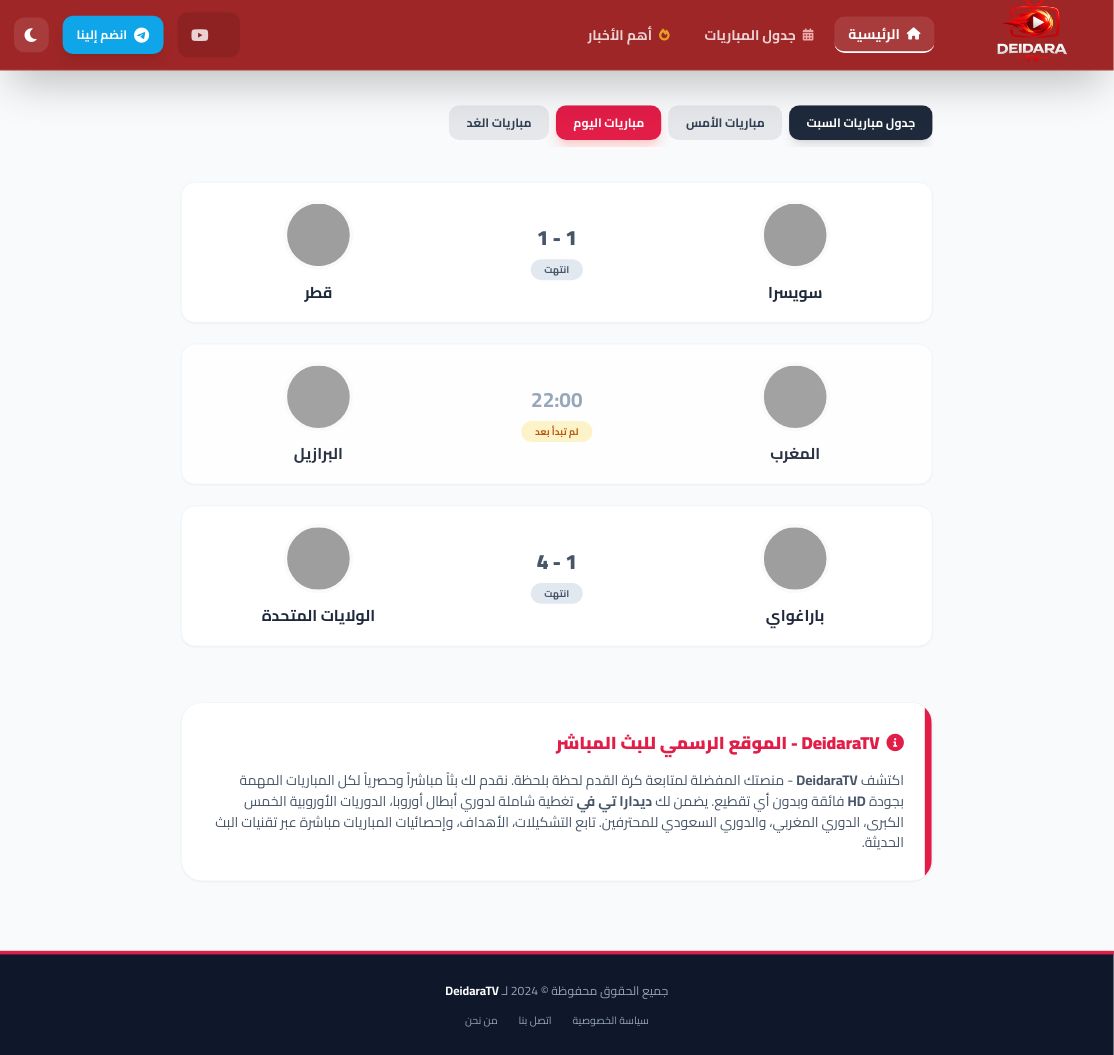
Repository: zakariax05/deidaraTV
Page: index.html
The author's editor kept a copy of each file at every save. The page is drawn from the files as they stood at one save, then again after the next save.
The browser window is 1280 px wide. The pictures show the whole page, at 87% of full size.
Pictures or frames that could not be fetched are drawn as grey boxes. Some web libraries are served in a nearby version.

Above is the page before, as saved 2026-06-14 02:38:17.

After the next save:
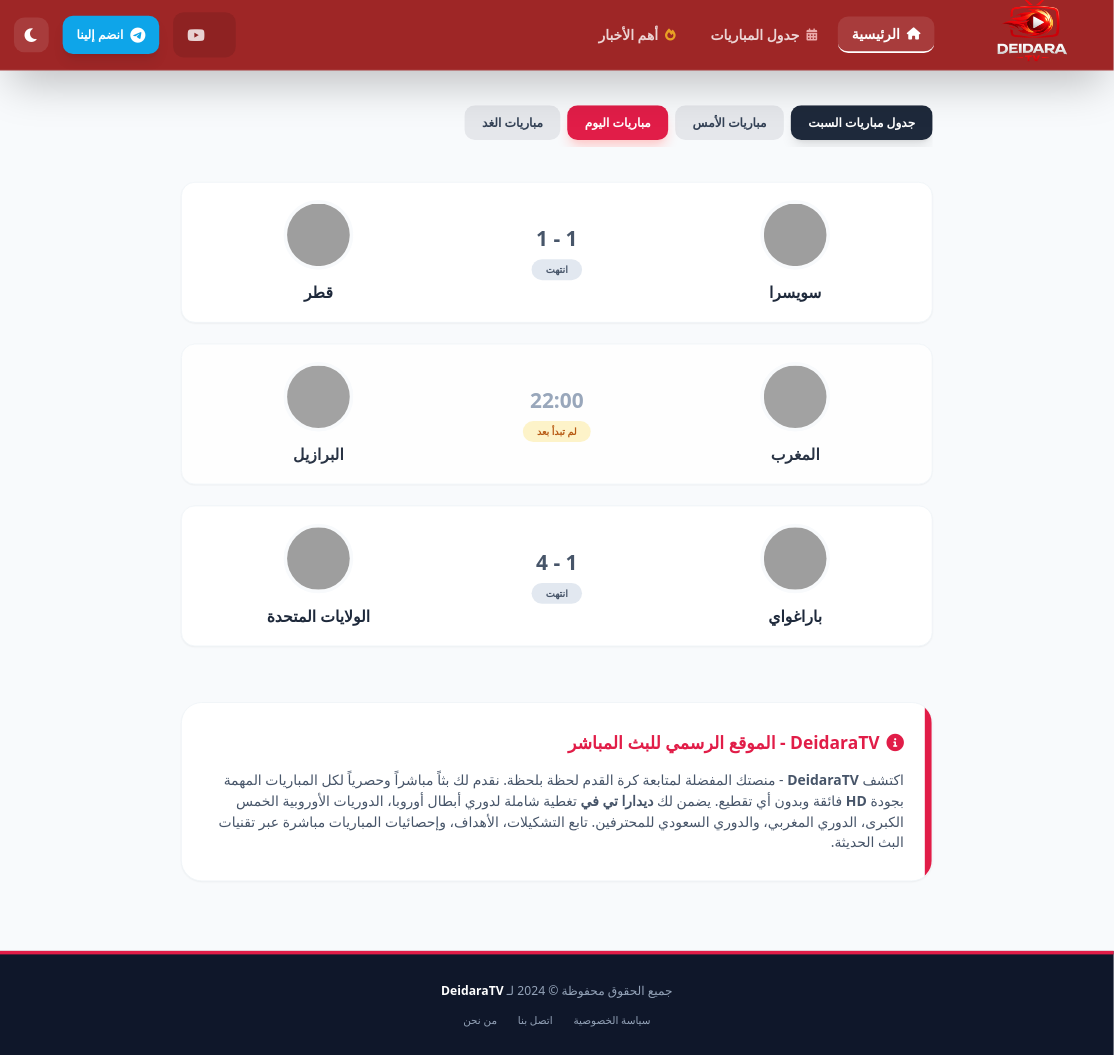
Saved 2 min 12 s later.
--- a/index.html
+++ b/index.html
@@ -11,7 +11,7 @@
     @import url('https://fonts.googleapis.com/css2?family=Cairo:wght@400;600;700;900&display=swap');
 
     body {
-      font-family: 'Cairo', sans-serif;
+
       background-color: #f8fafc;
     }
 
